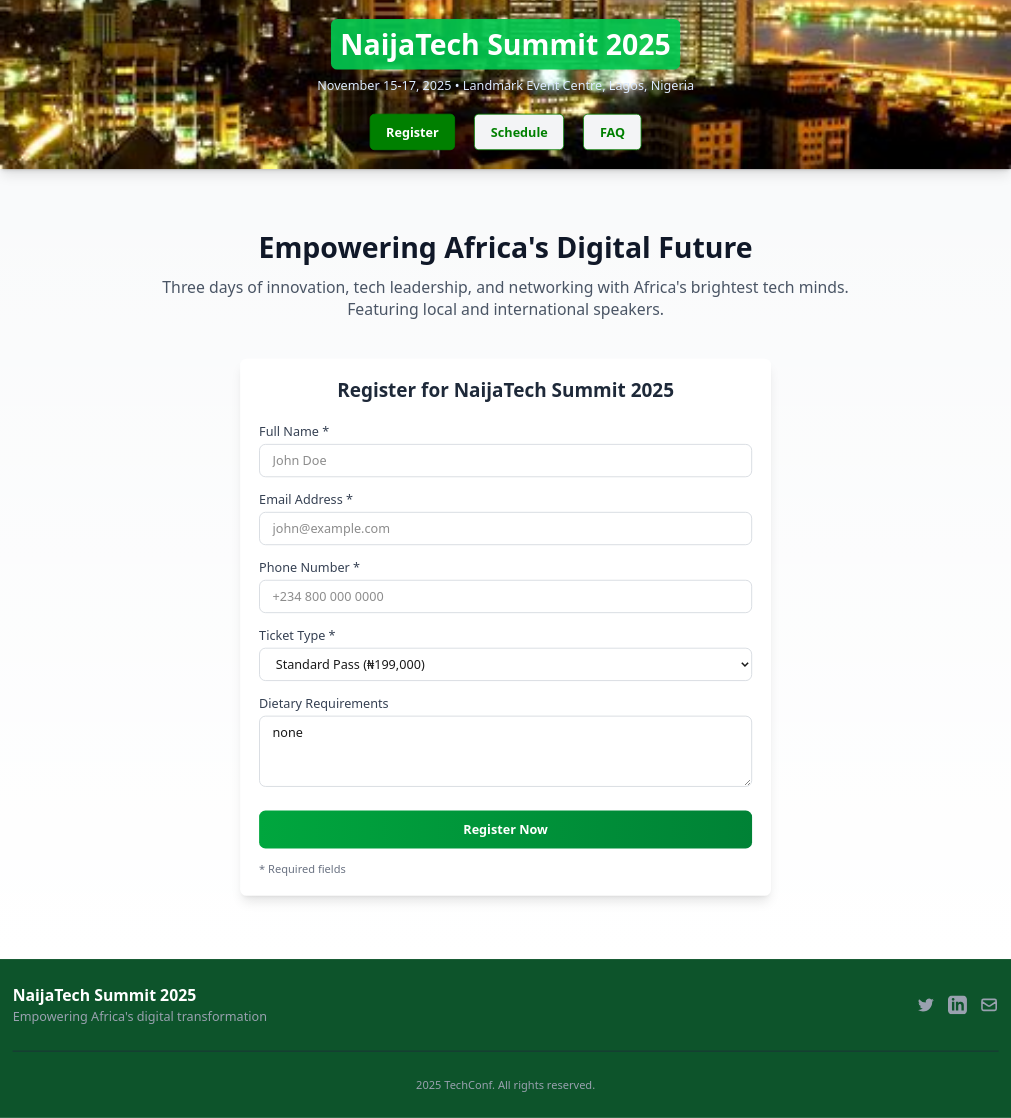
Repository: AYANO-EMMANUEL/fictional-tech-conf-event
Page: /
The author's editor kept a copy of each file at every save. The page is drawn from the files as they stood at one save, then again after the next save.
The browser window is 1280 px wide. The pictures show the whole page, at 79% of full size.
The project was rebuilt for these pictures with package versions that can differ from the ones it lists, and the page was loaded fresh each time. Also part of the build but not shown: vite.config.ts, src/components/Schedule/Schedule.tsx, src/components/FAQ/FAQ.tsx.

Above is the page before, as saved 2025-08-06 14:23:06.

After the next save:
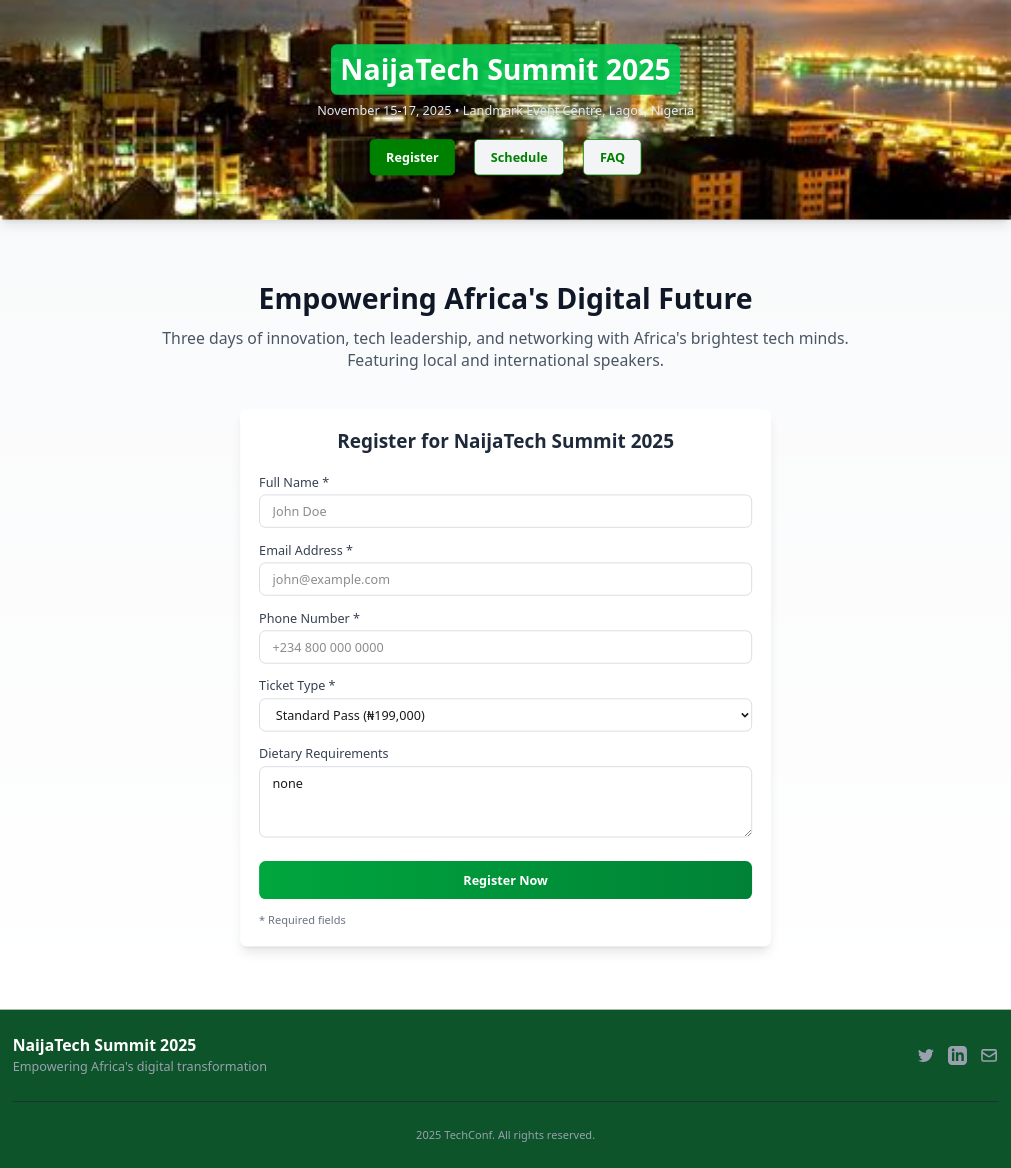
Saved 4 s later.
--- a/src/App.tsx
+++ b/src/App.tsx
@@ -10,7 +10,7 @@ function App() {
   return (
     <div className="min-h-screen bg-gray-50">
       {/* Header */}
-      <header className="bg-gradient-to-r py- text-center from-green-500 to-green-700 bg-cover bg-bottom bg-[url('../src/assets/tnigeria-bg.jpeg')] text-white shadow-lg">
+      <header className="bg-gradient-to-r py-8 text-center from-green-500 to-green-700 bg-cover bg-bottom bg-[url('../src/assets/tnigeria-bg.jpeg')] text-white shadow-lg">
         <div className="container mx-auto px-4 pt-6">
           <h1 className="text-3xl md:text-4xl w-max inline-block p-3 rounded-lg bg-green-500/90 font-bold mb-2">NaijaTech Summit 2025</h1>
           <p className="text-blue-100">November 15-17, 2025 • Landmark Event Centre, Lagos, Nigeria</p>
